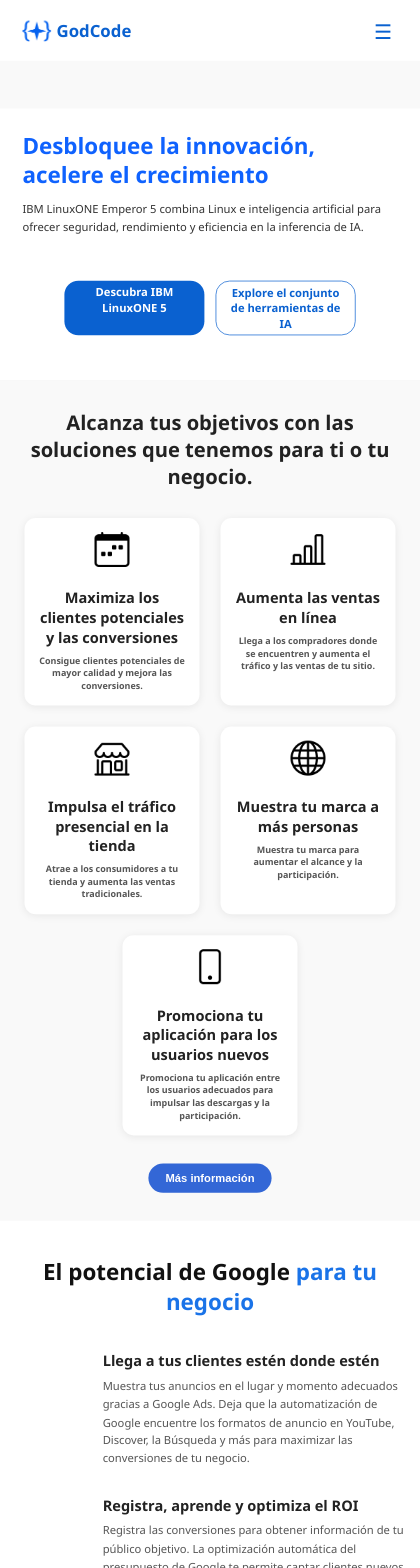
Repository: deDios/God-Code
Page: http://localhost/
These files come from the project's save history. The page is drawn as it stood at one moment and after the next save; the edit follows.
The browser window is 600 px wide. The pictures show the part of the page from y = 0 to 2240 px (the page is 3287 px tall before and 3253 px after), at 70% of full size.
Pictures or frames that could not be fetched are drawn as grey boxes. The page is run by PHP 8.4 with error messages shown; the project is at /var/www/html/.

Above is the page before, as saved 2025-06-05 20:06:43.

After the next save:
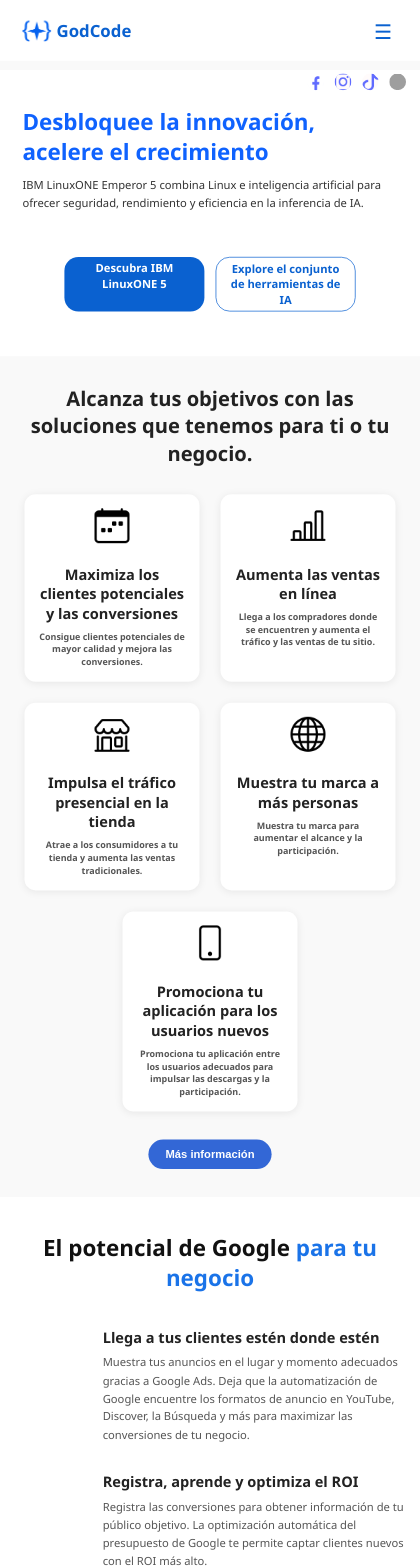
Saved 2 min 31 s later.
--- a/CSS/index.css
+++ b/CSS/index.css
@@ -620,11 +620,6 @@
     /*esto hace que se oculte el subnav y salga el menu hamburguesa*/
     .subnav {
         display: none;
-        flex-direction: column;
-        align-items: flex-start;
-        gap: 5px;
-        padding: 1px 10px;
-        background-color: #f1f1f1;
     }
 
     .subnav .social-icons {
@@ -650,11 +645,22 @@
     /*barra de iconos de redes sociales que renderizan en pantallas pequeñas*/
     .social-bar-mobile {
         display: flex;
+        justify-content: flex-end;
+        gap: 15px;
+        padding: 5px 20px;
+        width: 100%;
         background-color: white;
-        justify-content: flex-end;
-        padding: 5px 20px;
-        gap: 15px;
-        width: 100%;
+        position: fixed;
+        top: 100px;
+        z-index: 999;
+        transition: top 0.4s ease-in-out, background-color 0.3s ease;
+    }
+
+    header.scrolled .social-bar-mobile {
+        top: 60px;
+        /* ajusta según el nuevo top del subnav */
+        background-color: rgba(255, 255, 255, 0.95);
+        box-shadow: 0 2px 8px rgba(0, 0, 0, 0.1);
     }
 
     /*----------------css para los iconos de redes sociales MOBILE-----------------*/
